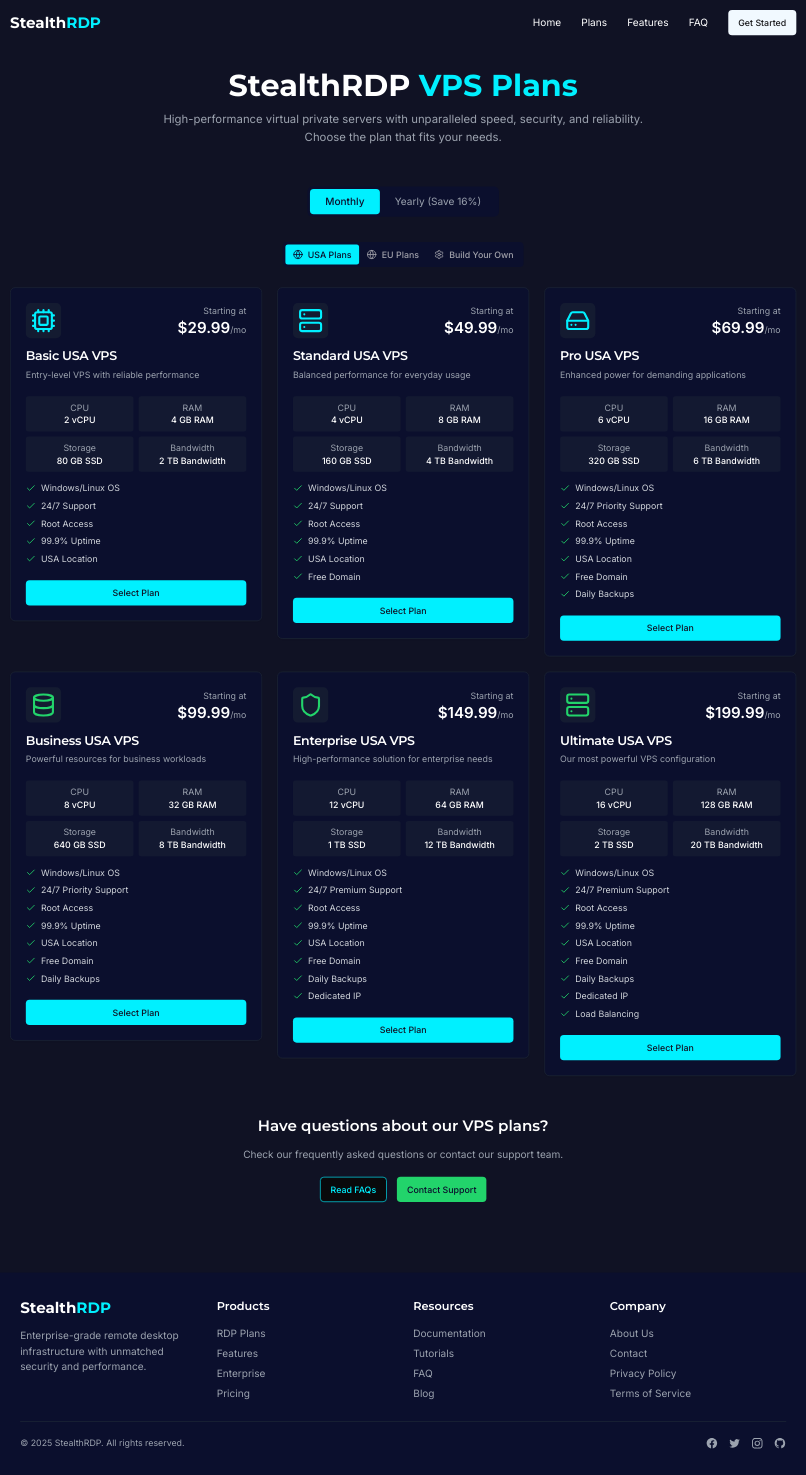
Repository: Husnainn01/stealthrdp2
Page: /plans
The author's editor kept a copy of each file at every save. The page is drawn from the files as they stood at one save, then again after the next save.
The browser window is 1280 px wide. The pictures show the whole page, at 63% of full size.
The project was rebuilt for these pictures with package versions that can differ from the ones it lists, and the page was loaded fresh each time. Also part of the build but not shown: vite.config.ts, src/components/ui/tooltip.tsx, src/pages/Index.tsx, src/components/ui/accordion.tsx, src/pages/FAQ.tsx, src/pages/Features.tsx, src/pages/NotFound.tsx.

Above is the page before, as saved 2025-05-05 02:34:14.

After the next save:
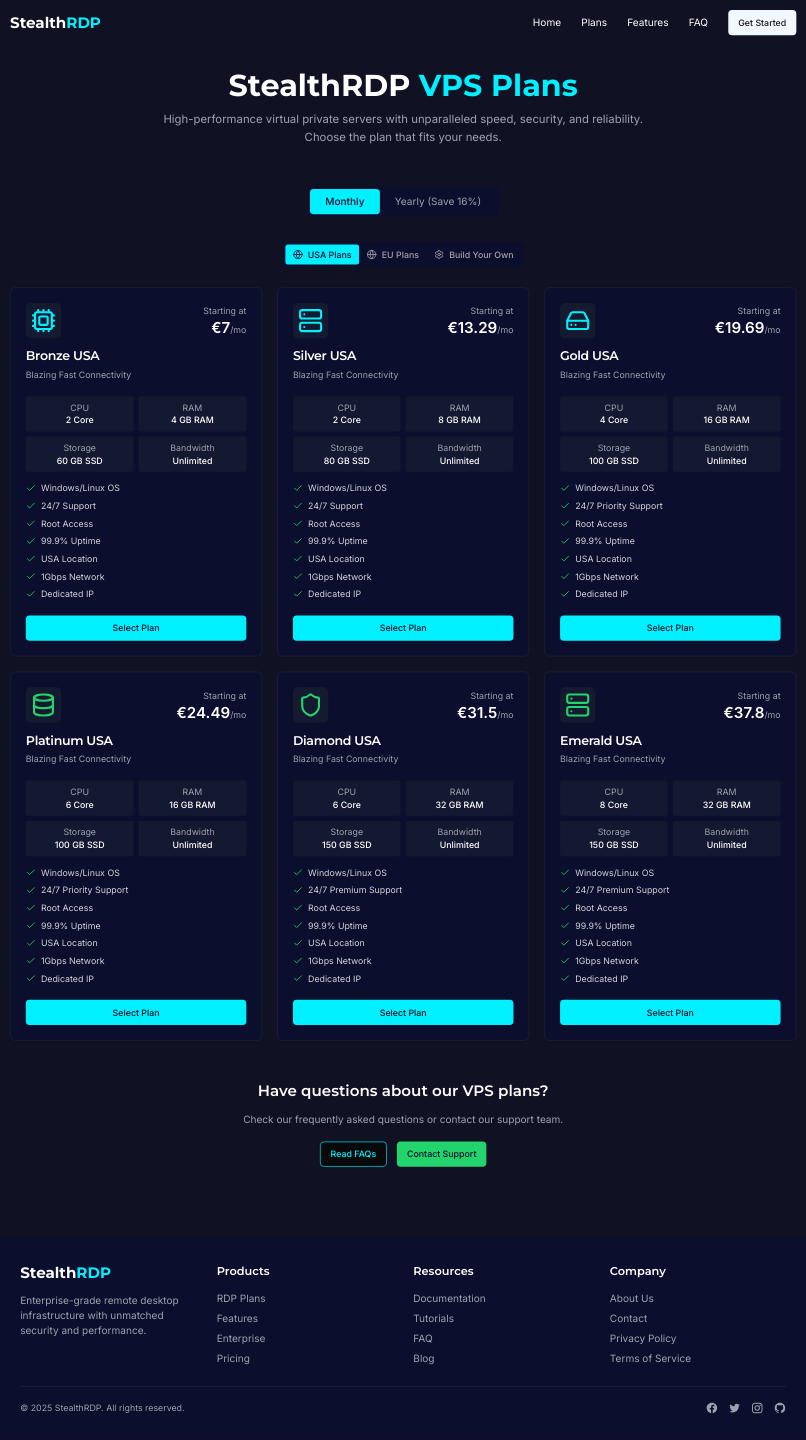
Saved 11 min 16 s later.
--- a/src/pages/Plans.tsx
+++ b/src/pages/Plans.tsx
@@ -11,88 +11,88 @@
   // USA VPS plan data
   const usaPlans = [
     {
-      name: 'Basic USA VPS',
-      description: 'Entry-level VPS with reliable performance',
+      name: 'Bronze USA',
+      description: 'Blazing Fast Connectivity',
       icon: <Cpu className="h-10 w-10 text-electric" />,
-      monthlyPrice: 29.99,
-      yearlyPrice: 299.90, // 10 months price (2 months free)
-      specs: {
-        cpu: '2 vCPU',
+      monthlyPrice: 7.00,
+      yearlyPrice: 168.00, // yearly price for 2 years
+      specs: {
+        cpu: '2 Core',
         ram: '4 GB RAM',
+        storage: '60 GB SSD',
+        bandwidth: 'Unlimited'
+      },
+      features: ['Windows/Linux OS', '24/7 Support', 'Root Access', '99.9% Uptime', 'USA Location', '1Gbps Network', 'Dedicated IP']
+    },
+    {
+      name: 'Silver USA',
+      description: 'Blazing Fast Connectivity',
+      icon: <Server className="h-10 w-10 text-electric" />,
+      monthlyPrice: 13.29,
+      yearlyPrice: 318.96,
+      specs: {
+        cpu: '2 Core',
+        ram: '8 GB RAM',
         storage: '80 GB SSD',
-        bandwidth: '2 TB Bandwidth'
-      },
-      features: ['Windows/Linux OS', '24/7 Support', 'Root Access', '99.9% Uptime', 'USA Location']
-    },
-    {
-      name: 'Standard USA VPS',
-      description: 'Balanced performance for everyday usage',
-      icon: <Server className="h-10 w-10 text-electric" />,
-      monthlyPrice: 49.99,
-      yearlyPrice: 499.90,
-      specs: {
-        cpu: '4 vCPU',
-        ram: '8 GB RAM',
-        storage: '160 GB SSD',
-        bandwidth: '4 TB Bandwidth'
-      },
-      features: ['Windows/Linux OS', '24/7 Support', 'Root Access', '99.9% Uptime', 'USA Location', 'Free Domain']
-    },
-    {
-      name: 'Pro USA VPS',
-      description: 'Enhanced power for demanding applications',
+        bandwidth: 'Unlimited'
+      },
+      features: ['Windows/Linux OS', '24/7 Support', 'Root Access', '99.9% Uptime', 'USA Location', '1Gbps Network', 'Dedicated IP']
+    },
+    {
+      name: 'Gold USA',
+      description: 'Blazing Fast Connectivity',
       icon: <HardDrive className="h-10 w-10 text-electric" />,
-      monthlyPrice: 69.99,
-      yearlyPrice: 699.90,
-      specs: {
-        cpu: '6 vCPU',
+      monthlyPrice: 19.69,
+      yearlyPrice: 472.56,
+      specs: {
+        cpu: '4 Core',
         ram: '16 GB RAM',
-        storage: '320 GB SSD',
-        bandwidth: '6 TB Bandwidth'
-      },
-      features: ['Windows/Linux OS', '24/7 Priority Support', 'Root Access', '99.9% Uptime', 'USA Location', 'Free Domain', 'Daily Backups']
-    },
-    {
-      name: 'Business USA VPS',
-      description: 'Powerful resources for business workloads',
+        storage: '100 GB SSD',
+        bandwidth: 'Unlimited'
+      },
+      features: ['Windows/Linux OS', '24/7 Priority Support', 'Root Access', '99.9% Uptime', 'USA Location', '1Gbps Network', 'Dedicated IP']
+    },
+    {
+      name: 'Platinum USA',
+      description: 'Blazing Fast Connectivity',
       icon: <Database className="h-10 w-10 text-cyber" />,
-      monthlyPrice: 99.99,
-      yearlyPrice: 999.90,
-      specs: {
-        cpu: '8 vCPU',
+      monthlyPrice: 24.49,
+      yearlyPrice: 587.76,
+      specs: {
+        cpu: '6 Core',
+        ram: '16 GB RAM',
+        storage: '100 GB SSD',
+        bandwidth: 'Unlimited'
+      },
+      features: ['Windows/Linux OS', '24/7 Priority Support', 'Root Access', '99.9% Uptime', 'USA Location', '1Gbps Network', 'Dedicated IP']
+    },
+    {
+      name: 'Diamond USA',
+      description: 'Blazing Fast Connectivity',
+      icon: <Shield className="h-10 w-10 text-cyber" />,
+      monthlyPrice: 31.50,
+      yearlyPrice: 756.00,
+      specs: {
+        cpu: '6 Core',
         ram: '32 GB RAM',
-        storage: '640 GB SSD',
-        bandwidth: '8 TB Bandwidth'
-      },
-      features: ['Windows/Linux OS', '24/7 Priority Support', 'Root Access', '99.9% Uptime', 'USA Location', 'Free Domain', 'Daily Backups']
-    },
-    {
-      name: 'Enterprise USA VPS',
-      description: 'High-performance solution for enterprise needs',
-      icon: <Shield className="h-10 w-10 text-cyber" />,
-      monthlyPrice: 149.99,
-      yearlyPrice: 1499.90,
-      specs: {
-        cpu: '12 vCPU',
-        ram: '64 GB RAM',
-        storage: '1 TB SSD',
-        bandwidth: '12 TB Bandwidth'
-      },
-      features: ['Windows/Linux OS', '24/7 Premium Support', 'Root Access', '99.9% Uptime', 'USA Location', 'Free Domain', 'Daily Backups', 'Dedicated IP']
-    },
-    {
-      name: 'Ultimate USA VPS',
-      description: 'Our most powerful VPS configuration',
+        storage: '150 GB SSD',
+        bandwidth: 'Unlimited'
+      },
+      features: ['Windows/Linux OS', '24/7 Premium Support', 'Root Access', '99.9% Uptime', 'USA Location', '1Gbps Network', 'Dedicated IP']
+    },
+    {
+      name: 'Emerald USA',
+      description: 'Blazing Fast Connectivity',
       icon: <Server className="h-10 w-10 text-cyber" />,
-      monthlyPrice: 199.99,
-      yearlyPrice: 1999.90,
-      specs: {
-        cpu: '16 vCPU',
-        ram: '128 GB RAM',
-        storage: '2 TB SSD',
-        bandwidth: '20 TB Bandwidth'
-      },
-      features: ['Windows/Linux OS', '24/7 Premium Support', 'Root Access', '99.9% Uptime', 'USA Location', 'Free Domain', 'Daily Backups', 'Dedicated IP', 'Load Balancing']
+      monthlyPrice: 37.80,
+      yearlyPrice: 907.20,
+      specs: {
+        cpu: '8 Core',
+        ram: '32 GB RAM',
+        storage: '150 GB SSD',
+        bandwidth: 'Unlimited'
+      },
+      features: ['Windows/Linux OS', '24/7 Premium Support', 'Root Access', '99.9% Uptime', 'USA Location', '1Gbps Network', 'Dedicated IP']
     }
   ];
 
@@ -194,7 +194,7 @@
               <>
                 <span className="text-sm text-gray-400">Starting at</span>
                 <div className="font-bold text-2xl text-white">
-                  ${billingCycle === 'monthly' ? plan.monthlyPrice : (plan.yearlyPrice / 12).toFixed(2)}
+                  €{billingCycle === 'monthly' ? plan.monthlyPrice : (plan.yearlyPrice / 12).toFixed(2)}
                   <span className="text-sm text-gray-400 font-normal">/mo</span>
                 </div>
               </>
